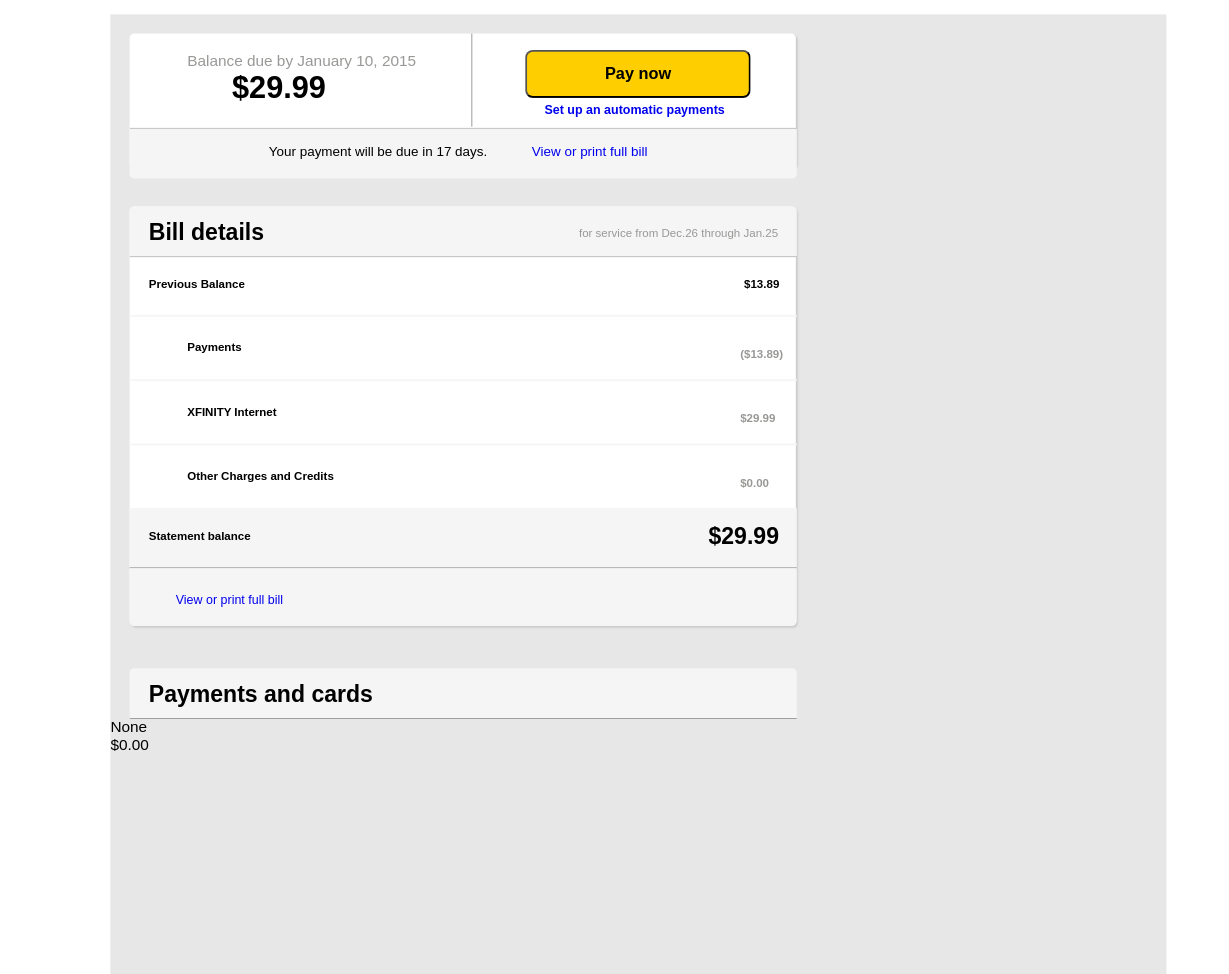
Repository: Sakivaday/UI-TSQ
Page: Aptana Studio 3 Workspace/tsq/assignment3/comcast2.html
An editor plug-in stored every save of this project. The page is shown before and after the next save, followed by the edit.
The browser window is 1280 px wide. The pictures show the whole page, at 96% of full size.
Pictures or frames that could not be fetched are drawn as grey boxes.

Above is the page before, as saved 2015-01-22 00:02:46.

### Aptana Studio 3 Workspace/tsq/assignment3/comcast2.html
<!DOCTYPE html>
<html lang="en">
	<head>


		<title>comcast2</title>
		<link href="comcst2.css" rel="stylesheet" type="text/css" media="all"/>
	</head>

	<body>
		<div class="bigbox">
			<div class="topleft1">

				<div class="cash">
					<p>Balance due by January 10, 2015</p>
					<h1>$29.99</h1>
				</div>
				<div class="pay">
					<button>Pay now</button>
					<a href="#">Set up an automatic payments</a>
				</div>
				<div class="days">
					<ul><li>
					<p>Your payment will be due in 17 days.
					<a href="#">View or print full bill</a></p>
				</li></ul>
				</div>
				</div>

			<div class="topleft2">
				<div class="billdetails">
					<h2>Bill details</h2>
					<div class="questionmark"></div>
					<p>for service from Dec.26 through Jan.25</p>
				</div>
			<div class="previousbalance">
				<p id="pb">Previous Balance</p>
				<p id="cc">$13.89</p>
			</div>
			<div class="rectbox1">
				<ul>
					<li>
						<div class="arrow"><p class="lft">Payments</p>
						</div>
						<p class="bill">($13.89)</p>
					</li></ul></div>

			<div class="rectbox1">	<ul>    <li>
						<div class="arrow"><p class="lft">XFINITY Internet</p>
						</div>
						<p class="bill">$29.99</p>
			</li></ul></div>
			<div class="rectbox1"><ul>		<li>
						<div class="arrow"><p class="lft">Other Charges and Credits</p>
						</div>
						<p class="bill">$0.00</p>
			</li></ul></div>
		<div class="statement">
					<p id="sb">Statement balance</p>
					<h2 id="p">$29.99</h2>
				</div>
				<div class="lst">
				<div class="pd">
					<a href="#">View or print full bill</a>
				</div></div>
			</div>
		<div class="payments">
					<h2>Payments and cards</h2>
					<div class="questionmark"></div>
				</div>
		<div class="none">
				<p id="no">None</p>
				<p id="cash">$0.00</p>
			</div>










		</div>



	</body>
</html>

### Aptana Studio 3 Workspace/tsq/assignment3/comcst2.css
*{
	padding:0px;
	margin:0px;
	font-family: "Arial";
	text-decoration: none;
	list-style: none;
}
.bigbox {
	width:1100px;
	height: 1000px;
	margin-left:115px;
	margin-top: 15px;
	background-color: #e7e7e7;
}
.topleft1{
	width: 694px;
	height: 140px;
	background-color: white;
	box-shadow: 2px 2px 2px #cacaca;
	border-radius: 5px;
	margin-left: 20px;
	margin-top: 20px;
	display: inline-block;
}
.cash{
	float:left;
	margin-left: 30px;
	margin-top:20px;
	width: 47%;
}
.cash p{
	color: #989896;
	margin-left: 30px;
}
.cash h1{
	text-align: center;
	margin-left: -75px;
}
button{
	background-color: #fece00;
	width: 235px;
	height: 50px;
	border-radius: 8px;
	font-weight: bold;
	font-size: 17px;
	float:left;
	margin-left: 55px;
	margin-top: 17px;
}
.pay a{
	font-size: 13px;
	font-weight:600;
	margin-left: 75px;
	padding-top: 5px;
	padding-bottom: 10px;
	display: inline-block;
}
.pay{
	width: 47%;
	float:left;
	border-left: 1px solid #989896;
}
.days{
	background-color: #F5F5F5;
	border-top: 1px solid #989896;
	height: 52px;
	width: 695px;
	margin-top: 98px;
	border-radius: 0px 0px 5px 5px;
}
.days ul li p{
	margin-left: 145px;
	margin-top: 16px;
	font-size: 14px;
}
.days ul li a{
	font-size:14px;
	margin-left: 274px;
    display:inherit;
    margin-top: -17px;
}
.pdf{
	margin-left: 500px;
	margin-top: 16px;
	font-size: 14px;
}
.topleft2{
	width: 694px;
	background-color: white;
	box-shadow: 2px 2px 2px #cacaca;
	border-radius: 5px;
	margin-left: 20px;
	margin-top: 40px;
	display: inline-block;
}
.billdetails{
    background-color: #F5F5F5;
	border-bottom: 1px solid #989896;
	height: 52px;
	width: 695px;
	border-radius: 5px 5px 0px 0px;
}
.billdetails h2{
	margin-top: 13px;
	margin-left: 20px;
	float: left;
}
.questionmark{
	background: url('pictures/sprite.png') no-repeat;
	width:14px;
	height:14px;
	background-position: -200px -1300px;
	float: left;
	margin-top: 21px;
	margin-left: 10px;
}
.billdetails p{
	margin-top: -14px;
	margin-left: 328px;
	float:left;
	font-size: 12px;
	color: #989896;
}
.previousbalance{
	border-bottom: 2px solid #F5F5F5;
	height: 60px;
	width: 695px;
}
#pb{
	margin-left:20px;
	margin-top: 21px;
	font-weight:600;
	float:left;
	font-size: 12px;
}
#cc{
	margin-left:520px;
	margin-top: 21px;
	font-weight:600;
	float: left;
	font-size: 12px;
}
.arrow{
	background: url('pictures/sprite.png') no-repeat;
	width:23px;
	height:23px;
	background-position: -101px -500px;
	float: left;
	margin-top: 21px;
	margin-left: 20px;
}
.lft{
	float: left;
	margin-top: 4px;
	margin-left: 40px;
	font-weight:600;
	font-size: 12px;
	width: 160px;
}
.bill{
	float: left;
	margin-top: -12px;
	margin-left: 636px;
	font-weight:600;
	font-size: 12px;
	color: #989896;
	display:inline-block;
}
.rectbox1{
	border-bottom: 2px solid #F5F5F5;
	height: 65px;
	width: 695px;
}
.statement{
	border-bottom: 1px solid #989896;
	height: 60px;
	width: 695px;
	background-color: #F5F5F5;
}
#sb{
	margin-left:20px;
	margin-top: 21px;
	font-weight:600;
	float:left;
	font-size: 12px;
}
#p{
	margin-left: 603px;
	margin-top: -21px;
	float: left;
}
.lst{
	height: 60px;
	width: 695px;
	background-color: #F5F5F5;
	border-radius: 0px 0px 5px 5px;
}
.pd{
	background: url('pictures/sprite.png') no-repeat;
	width:22px;
	height:27px;
	background-position: -252px -300px;
	float: left;
	margin-top: 21px;
	margin-left: 10px;
}
.lst .pd a{
	float: left;
	margin-left: 38px;
	margin-top: 4px;
	font-size: 13px;
	width: 140px;
}
.payments{
    background-color: #F5F5F5;
	border-bottom: 1px solid #989896;
	height: 52px;
	width: 695px;
	border-radius: 5px 5px 0px 0px;
	margin-left:20px;
	margin-top: 40px;
}
.payments h2{
	margin-top: 13px;
	margin-left: 20px;
	float: left;
}
.questionmark{
	background: url('pictures/sprite.png') no-repeat;
	width:14px;
	height:14px;
	background-position: -200px -1300px;
	float: left;
	margin-top: 21px;
	margin-left: 10px;
}

After the next save:
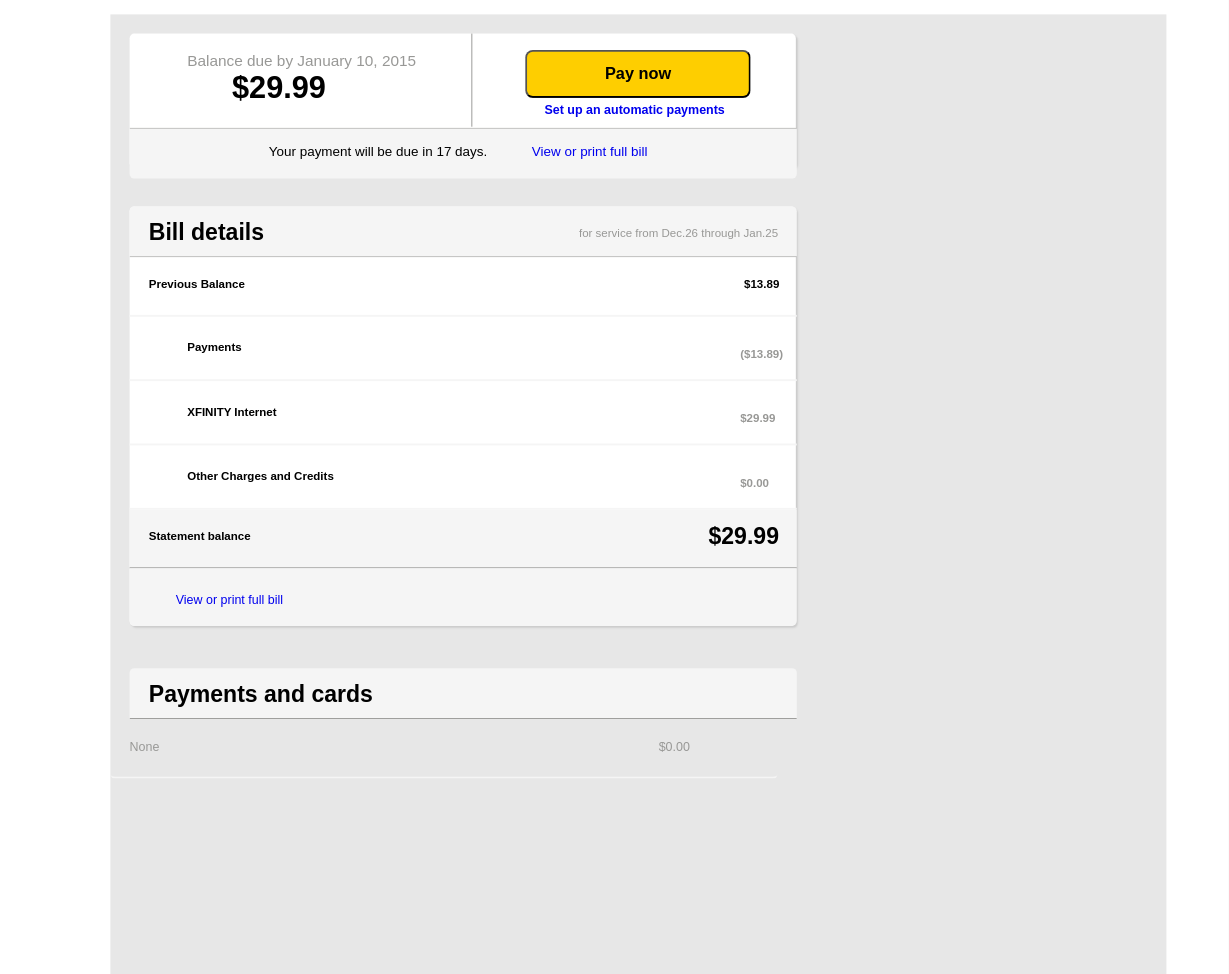
Saved 3 min 44 s later.
--- a/Aptana Studio 3 Workspace/tsq/assignment3/comcst2.css
+++ b/Aptana Studio 3 Workspace/tsq/assignment3/comcst2.css
@@ -234,3 +234,23 @@
 	margin-top: 21px;
 	margin-left: 10px;
 }
+.none{
+	border-bottom: 2px solid #F5F5F5;
+	height: 60px;
+	width: 695px;
+	border-radius: 0px 0px 5px 5px;
+}
+#no{
+	margin-left:20px;
+	margin-top: 21px;
+	color:#989896;
+	float:left;
+	font-size: 13px;
+}
+#cash{
+	margin-left:520px;
+	margin-top: 21px;
+	color:#989896;
+	float: left;
+	font-size: 13px;
+}
